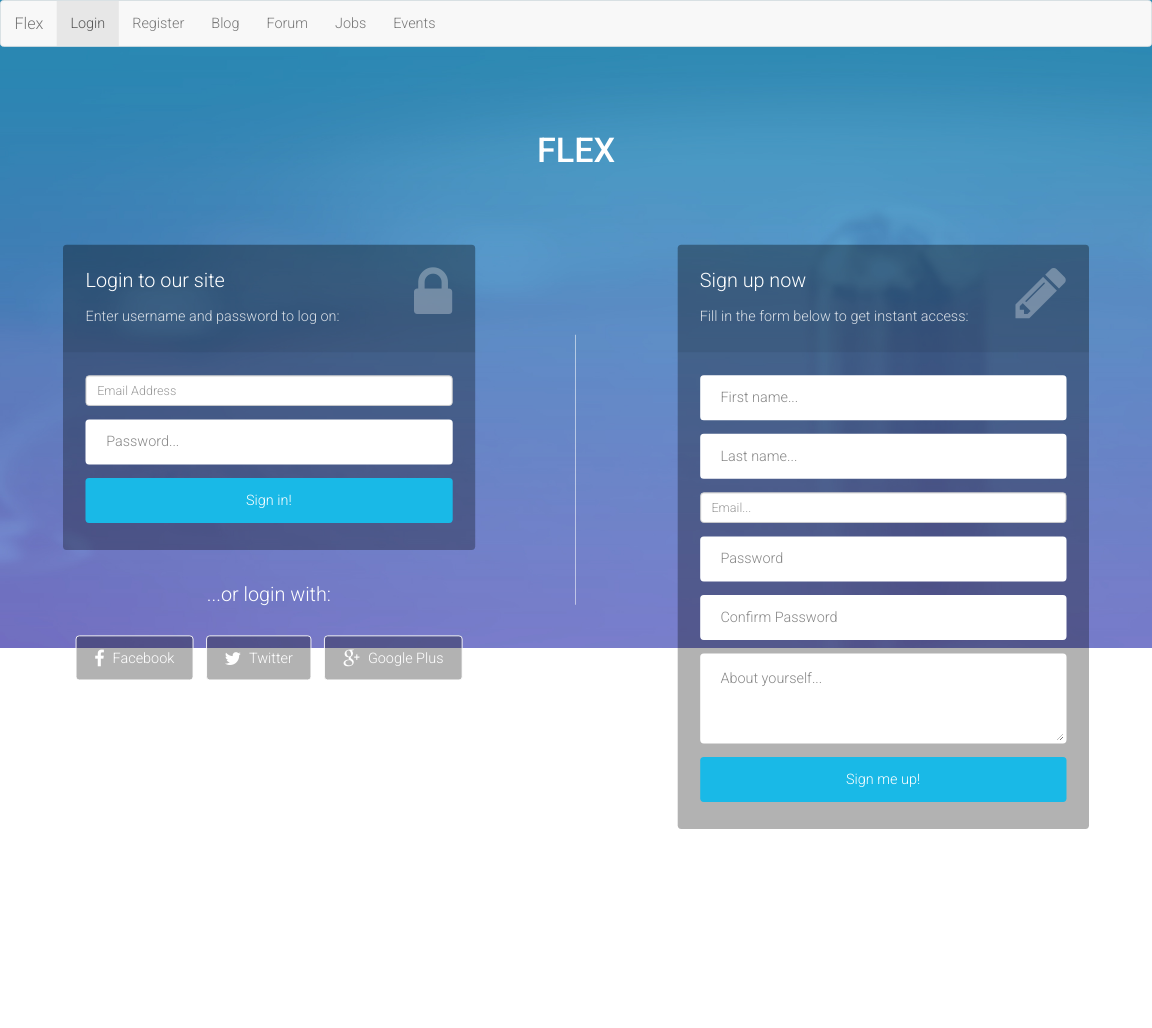
Repository: Angelamritha2012/Flex
Page: Collaboration/WebContent/index.html
An editor plug-in stored every save of this project. The page is shown before and after the next save, followed by the edit.
The browser window is 1280 px wide. The pictures show the whole page, at 90% of full size.
Some web libraries are served in a nearby version.

Above is the page before, as saved 2017-11-30 10:11:28.

After the next save:
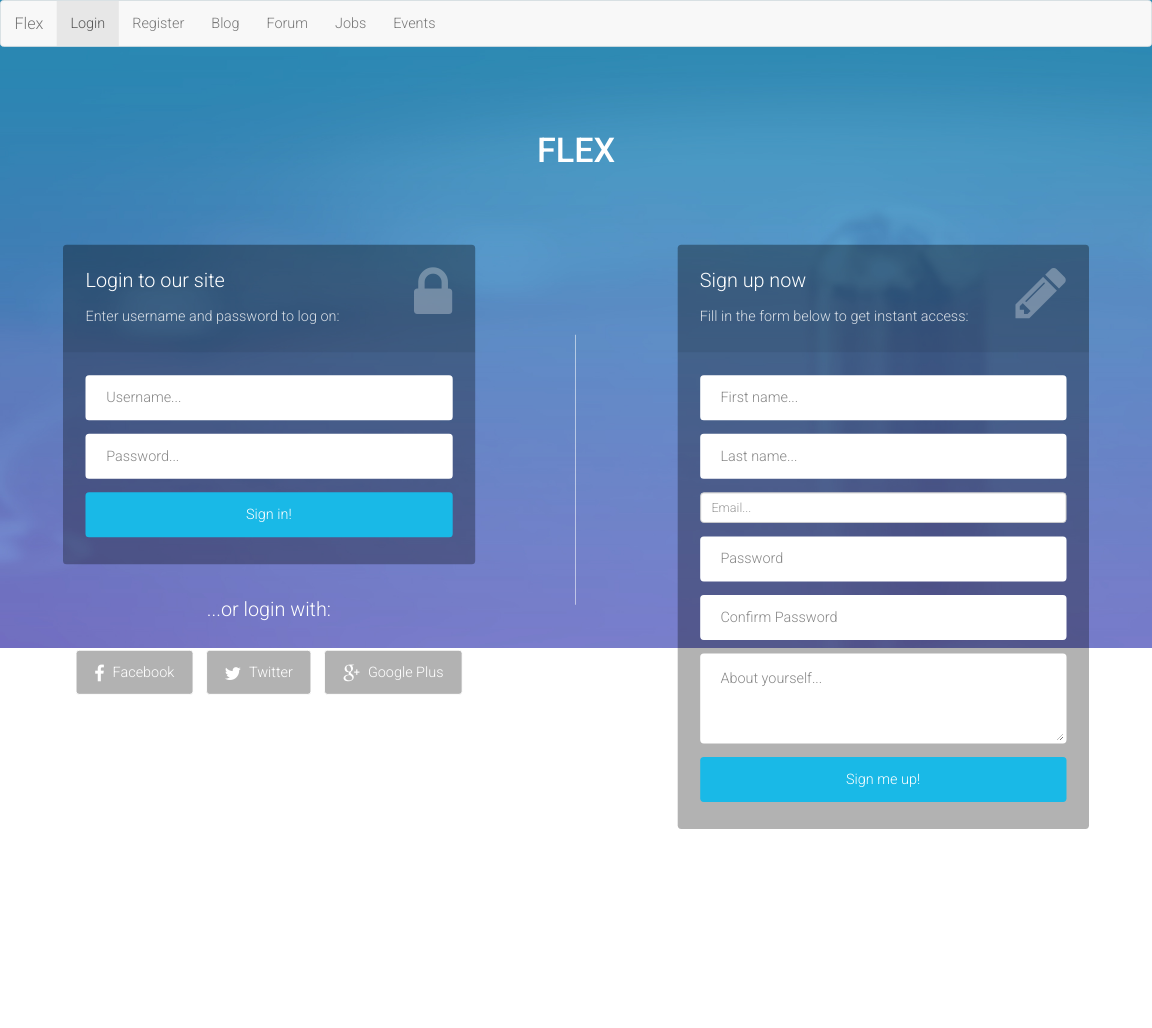
Saved 19 s later.
--- a/Collaboration/WebContent/index.html
+++ b/Collaboration/WebContent/index.html
@@ -86,13 +86,10 @@
 	                            <div class="form-bottom">
 	                            <form name="myForm" ng-submit="submitForm()" novalidate>
 
-				                   <!--  <div class="form-group">
+				                    <div class="form-group">
 				                    		<label class="sr-only" for="form-username">Username</label>
 				                        	<input type="text" name="form-username" placeholder="Username..." class="form-username form-control" id="form-username">
-				                        </div>	 -->
-				                        <div class="form-group">
-        <input type="email" id="email" name="email" class="form-control" placeholder="Email Address" ng-model="formData.email" required />
-      </div>
+				                        </div>
 
 
 				                        <div class="form-group">
